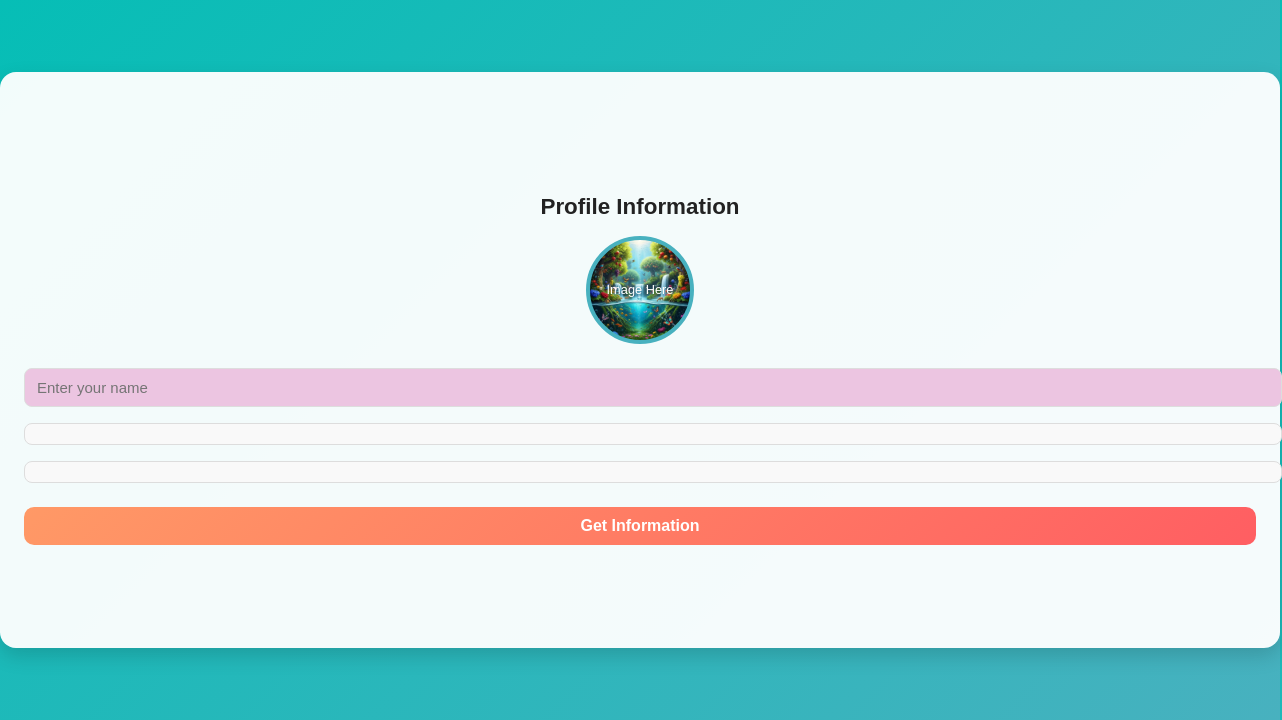
Repository: Amani-Kibet/express-app-web
Page: pages/contents/profile.html
These files come from the project's save history. The page is drawn as it stood at one moment and after the next save; the edit follows.
The browser window is 1280 px wide. The page is 1282 px wide, then 1280 px, so the pictures cover 1282 px, including what lies to the right of the window. The pictures show the whole page.

Above is the page before, as saved 2025-09-28 17:02:41.

After the next save:
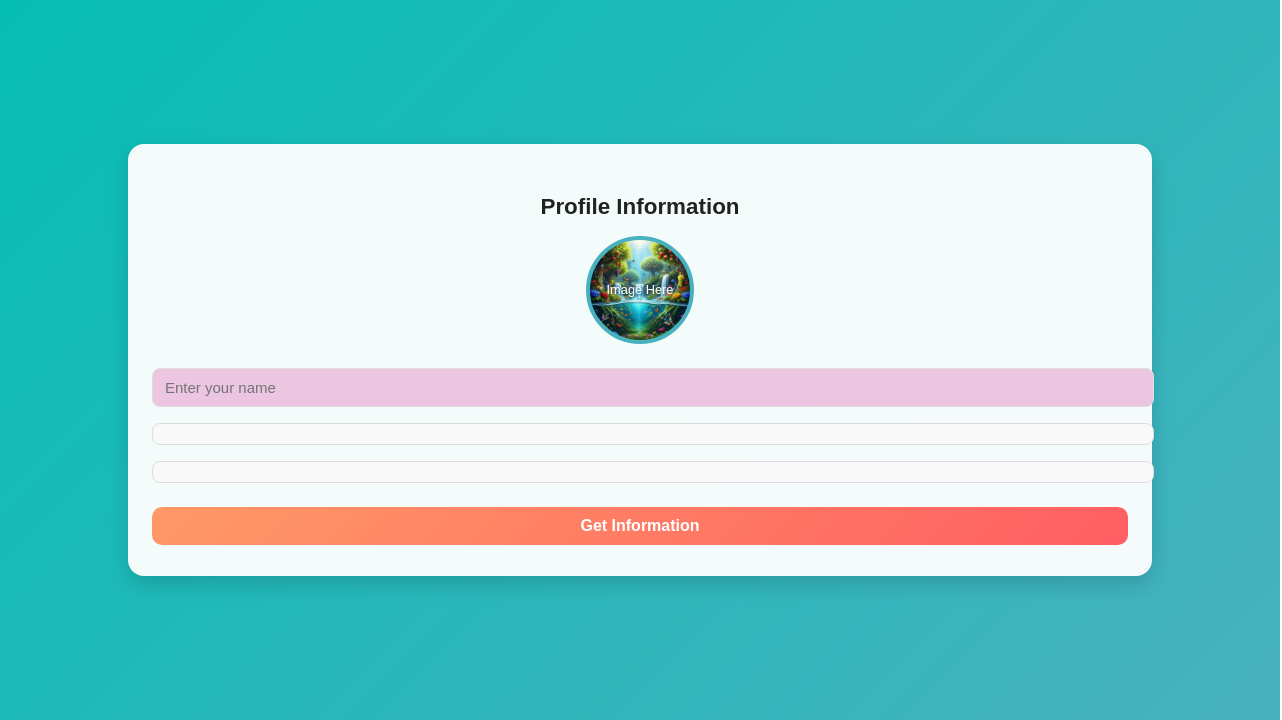
Saved 22 s later.
--- a/pages/contents/profile.html
+++ b/pages/contents/profile.html
@@ -32,9 +32,9 @@
             text-align: center;
 
             /* fill screen size */
-            width: 100%;
+            width: 80%;
             max-width: 100%;   /* no restriction */
-            height: 80vh;      /* 80% of viewport height */
+            height: 60vh;      /* 80% of viewport height */
             box-sizing: border-box;
 
             display: flex;
